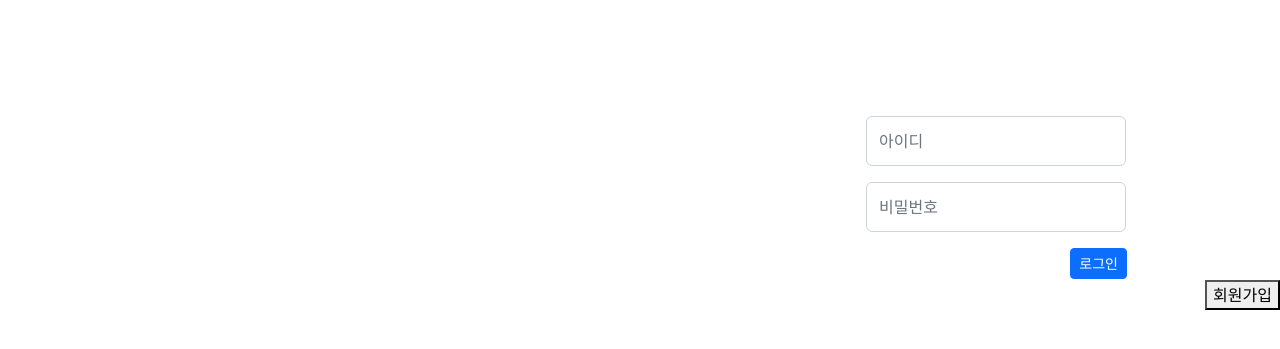
Repository: kokoko12334/myvocab-toy
Page: http://localhost/myVocabularyList/home.jsp
An editor plug-in stored every save of this project. The page is shown before and after the next save, followed by the edit.
The browser window is 1280 px wide. The pictures show the whole page.
The page is served by Tomcat 9. Other server files are loaded and not shown.

Above is the page before, as saved 2023-04-08 04:30:21.

### myVocabularyList/src/main/webapp/home.jsp
<%@ page language="java" contentType="text/html; charset=UTF-8"
    pageEncoding="UTF-8"%>

<%@ taglib prefix="c" uri = "http://java.sun.com/jsp/jstl/core" %>

<!DOCTYPE html>
<html>
<head>
<meta charset="UTF-8">
<title>영어단어장 홈화면</title>
<link href="https://cdn.jsdelivr.net/npm/bootstrap@5.2.3/dist/css/bootstrap.min.css" rel="stylesheet" integrity="sha384-rbsA2VBKQhggwzxH7pPCaAqO46MgnOM80zW1RWuH61DGLwZJEdK2Kadq2F9CUG65" crossorigin="anonymous">

</head>

<body>

	<div  style="float: right;width: 414px;margin-top: 100px;text-align:right" >

		<form action = "/login" method = "post" style="height: 164px;width: 261px;">
			<input class="form-control my-3" style = "height:50px; width: 260px;" type = "text" name = "id" placeholder = "아이디">
			<input class="form-control my-3" style = "height:50px; width: 260px;" type = "password" name = "pwd" placeholder = "비밀번호">
			<button  class="btn btn-primary btn-sm" >로그인</button>

		</form>
		<div>
			<button type="button"  onClick="location.href='joinForm.jsp'">회원가입</button>
		</div>
	</div>






</body>

</html>

After the next save:
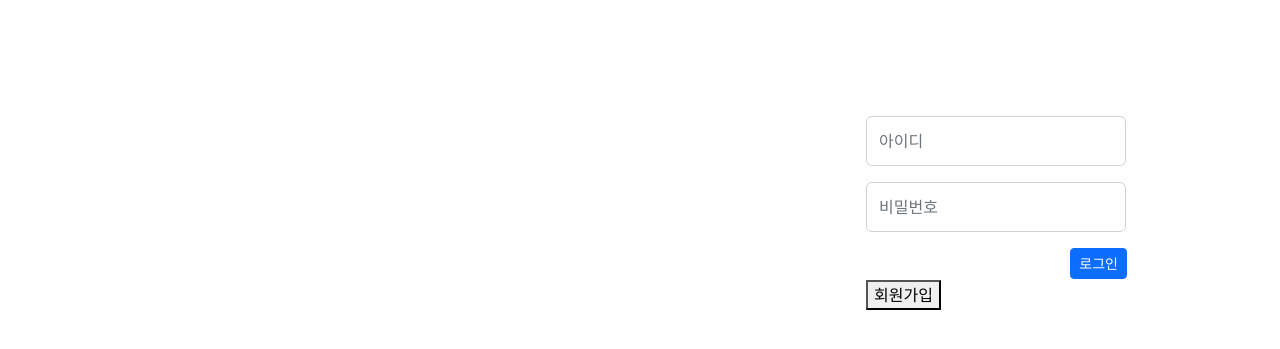
Saved 20 s later.
--- a/myVocabularyList/src/main/webapp/home.jsp
+++ b/myVocabularyList/src/main/webapp/home.jsp
@@ -22,7 +22,7 @@
 			<button  class="btn btn-primary btn-sm" >로그인</button>
 
 		</form>
-		<div>
+		<div style="float: left;">
 			<button type="button"  onClick="location.href='joinForm.jsp'">회원가입</button>
 		</div>
 	</div>
